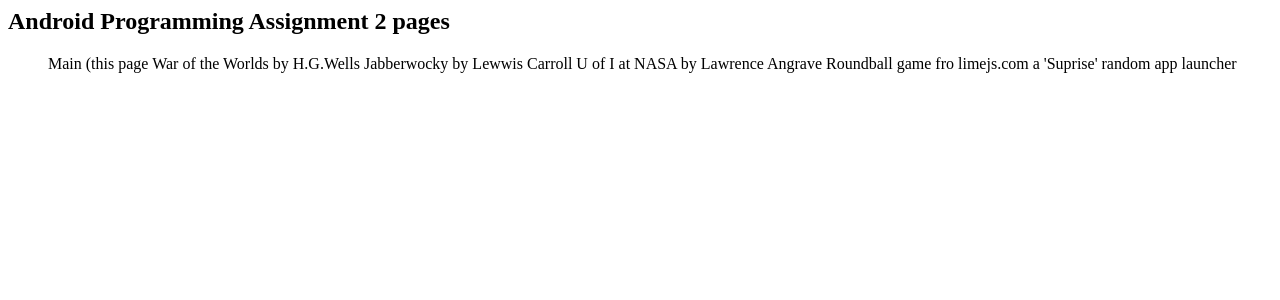
Repository: hdemby/workspace
Page: DroidProj2/assets/index.html
The author's editor kept a copy of each file at every save. The page is drawn from the files as they stood at one save, then again after the next save.
The browser window is 1280 px wide. The pictures show the whole page.

Above is the page before, as saved 2014-11-22 18:28:01.

### DroidProj2/assets/index.html
<html>
<head>
<title>Assignment 2 App</title>
</head>
<body>
<h2>Android Programming Assignment 2 pages</h2>
<ul>
<ui>Main (this page</ui>
<ui>War of the Worlds by H.G.Wells</ui>
<ui>Jabberwocky by Lewwis Carroll</ui>
<ui>U of I at NASA by Lawrence Angrave</ui>
<ui>Roundball game fro  limejs.com</ui>
<ui>a 'Suprise' random app launcher</ui>
</ul>

</body>
</html>

After the next save:
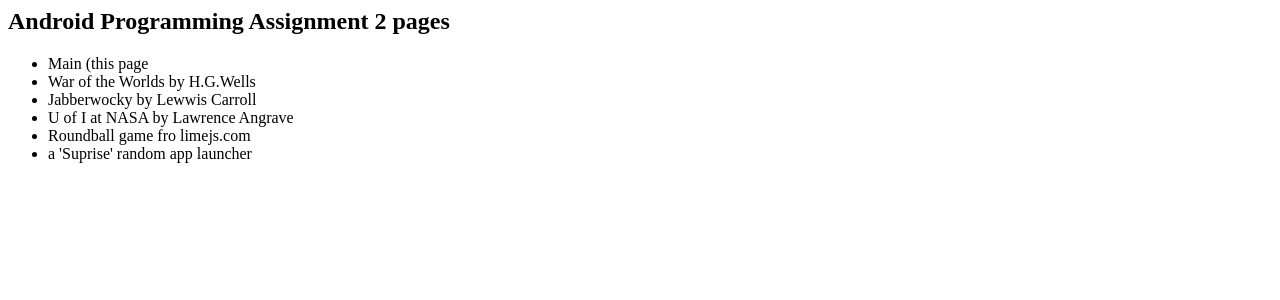
Saved 114 s later.
--- a/DroidProj2/assets/index.html
+++ b/DroidProj2/assets/index.html
@@ -5,12 +5,12 @@
 <body>
 <h2>Android Programming Assignment 2 pages</h2>
 <ul>
-<ui>Main (this page</ui>
-<ui>War of the Worlds by H.G.Wells</ui>
-<ui>Jabberwocky by Lewwis Carroll</ui>
-<ui>U of I at NASA by Lawrence Angrave</ui>
-<ui>Roundball game fro  limejs.com</ui>
-<ui>a 'Suprise' random app launcher</ui>
+<li>Main (this page</li>
+<li>War of the Worlds by H.G.Wells</li>
+<li>Jabberwocky by Lewwis Carroll</li>
+<li>U of I at NASA by Lawrence Angrave</li>
+<li>Roundball game fro  limejs.com</li>
+<li>a 'Suprise' random app launcher</li>
 </ul>
 
 </body>
